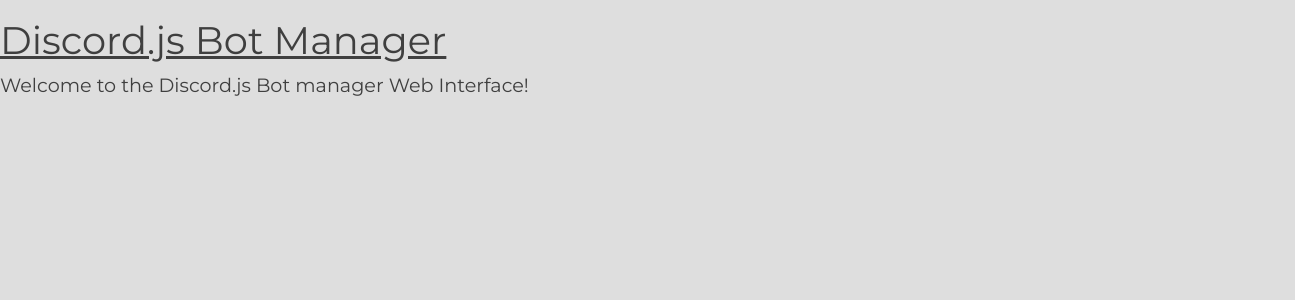
Repository: O-Schell/Discord-Bot-Manager
Page: Web_Interface/main.HTML
These files come from the project's save history. The page is drawn as it stood at one moment and after the next save; the edit follows.
The browser window is 1280 px wide. The page is 1280 px wide, then 1295 px, then 1280 px, so the pictures cover 1295 px, including what lies to the right of the window. The pictures show the whole page.
The style sheet was rebuilt from its Sass, Less or Tailwind sources for each picture, by a compiler version that may differ from the author's.

Above is the page before, as saved 2020-11-24 19:46:55.
Not found: Web_Interface/script.js

After the next save:
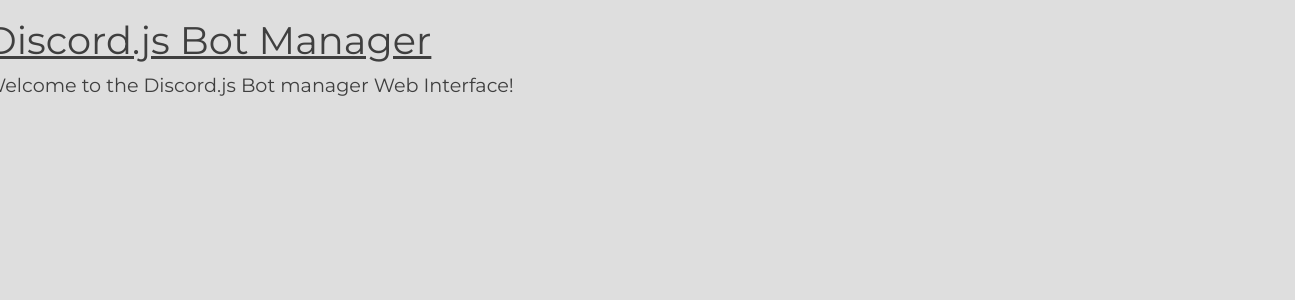
Saved 2 min 11 s later.
--- a/Web_Interface/main.HTML
+++ b/Web_Interface/main.HTML
@@ -8,8 +8,11 @@
   </head>
 
   <body>
-    <h1><u>Discord.js Bot Manager</u></h1>
-
-    <p1>Welcome to the Discord.js Bot manager Web Interface!</p1>
+    <div class="row">
+      <div class="w-50 mx-auto">
+        <h1><u>Discord.js Bot Manager</u></h1>
+        <p1>Welcome to the Discord.js Bot manager Web Interface!</p1>
+      </div>
+    </div>
   </body>
 </html>

After the 4 saves that followed:
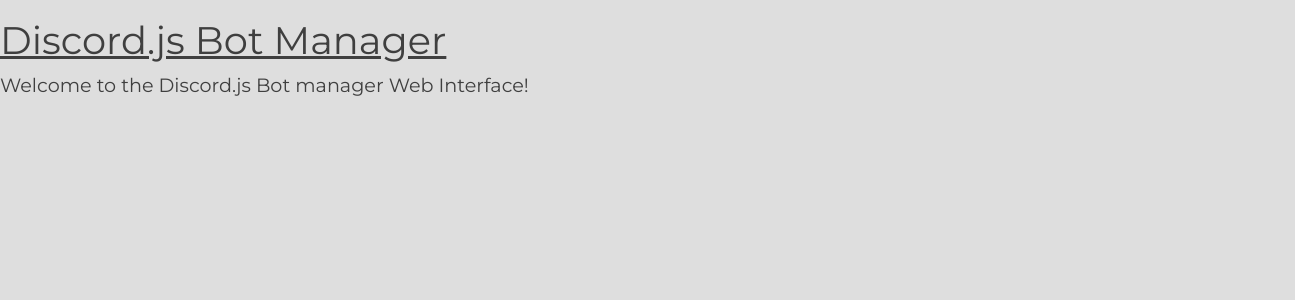
The 4 saves are shown as one change because 2 left the picture as it was and some came seconds apart.
The last was saved 49 s later.
--- a/Web_Interface/main.HTML
+++ b/Web_Interface/main.HTML
@@ -8,11 +8,8 @@
   </head>
 
   <body>
-    <div class="row">
-      <div class="w-50 mx-auto">
-        <h1><u>Discord.js Bot Manager</u></h1>
-        <p1>Welcome to the Discord.js Bot manager Web Interface!</p1>
-      </div>
-    </div>
+    <h1><u>Discord.js Bot Manager</u></h1>
+
+    <p1>Welcome to the Discord.js Bot manager Web Interface!</p1>
   </body>
 </html>
